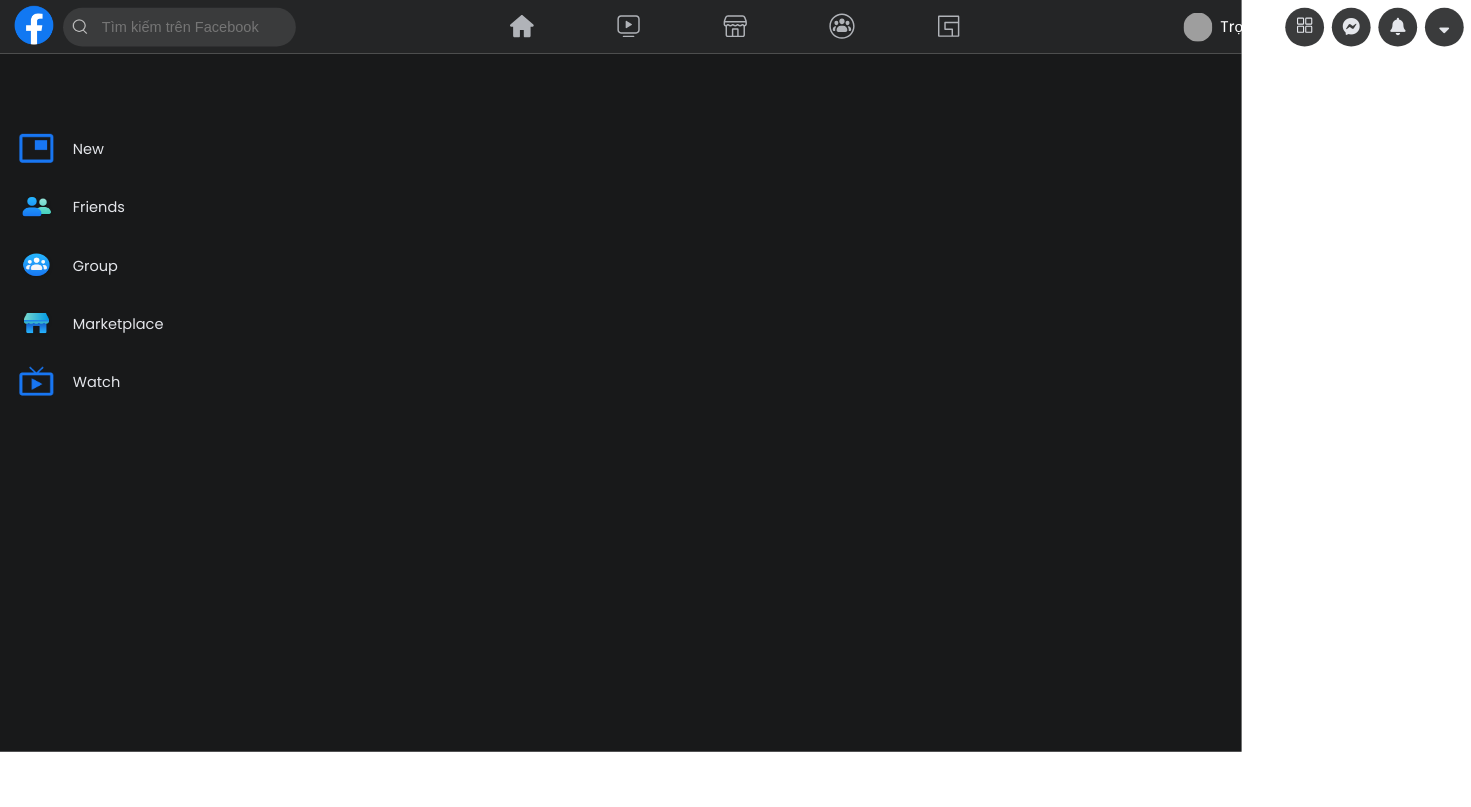
Repository: vanntrong/facebook-clone
Page: index.html
The author's editor kept a copy of each file at every save. The page is drawn from the files as they stood at one save, then again after the next save.
The browser window is 1280 px wide. The page is 1517 px wide, so the pictures cover 1517 px, including what lies to the right of the window. The pictures show the whole page, at 97% of full size.
Pictures or frames that could not be fetched are drawn as grey boxes.

Above is the page before, as saved 2021-09-08 18:29:02.

### index.html
<!DOCTYPE html>
<html lang="en">
  <head>
    <meta charset="UTF-8" />
    <meta http-equiv="X-UA-Compatible" content="IE=edge" />
    <meta name="viewport" content="width=device-width, initial-scale=1.0" />
    <title>Facebook</title>
    <link rel="stylesheet" href="./assets/css/reset.css" />
    <link rel="stylesheet" href="./assets/css/base.css" />
    <link rel="stylesheet" href="./assets/css/style.css" />
    <link rel="stylesheet" href="./assets/fonts/fontawesome-free-5.15.4-web/css/all.css" />
    <script type="module" src="https://unpkg.com/ionicons@5.5.2/dist/ionicons/ionicons.esm.js"></script>
    <script nomodule src="https://unpkg.com/ionicons@5.5.2/dist/ionicons/ionicons.js"></script>
    <style>
      @import url("https://fonts.googleapis.com/css2?family=Poppins:wght@300;400;500;600;700&display=swap");
    </style>
  </head>
  <body>
    <!-- header -->
    <header class="header">
      <div class="header__nav-left">
        <div class="header__logo">
          <a href="" class="header__logo-link">
            <img src="./assets/images/logo.png" alt="Logo Facebook" class="header__logo-img" />
          </a>
        </div>
        <div class="header__search">
          <img src="./assets/images/search.png" class="header__search-img" />
          <input type="text" class="header__search-input" placeholder="Tìm kiếm trên Facebook" />
        </div>
      </div>

      <div class="header__nav-center">
        <ul class="header__nav-list">
          <li class="header__nav-item">
            <div class="header-item-link">
              <a href="#" class="header-item-icon">
                <svg viewBox="0 0 28 28" class="a8c37x1j ms05siws hwsy1cff b7h9ocf4 aaxa7vy3" height="28" width="28">
                  <path
                    d="M25.825 12.29C25.824 12.289 25.823 12.288 25.821 12.286L15.027 2.937C14.752 2.675 14.392 2.527 13.989 2.521 13.608 2.527 13.248 2.675 13.001 2.912L2.175 12.29C1.756 12.658 1.629 13.245 1.868 13.759 2.079 14.215 2.567 14.479 3.069 14.479L5 14.479 5 23.729C5 24.695 5.784 25.479 6.75 25.479L11 25.479C11.552 25.479 12 25.031 12 24.479L12 18.309C12 18.126 12.148 17.979 12.33 17.979L15.67 17.979C15.852 17.979 16 18.126 16 18.309L16 24.479C16 25.031 16.448 25.479 17 25.479L21.25 25.479C22.217 25.479 23 24.695 23 23.729L23 14.479 24.931 14.479C25.433 14.479 25.921 14.215 26.132 13.759 26.371 13.245 26.244 12.658 25.825 12.29"
                  ></path>
                </svg>
              </a>
            </div>
          </li>
          <li class="header__nav-item">
            <div class="header-item-link">
              <a href="#" class="header-item-icon">
                <svg viewBox="0 0 28 28" class="a8c37x1j ms05siws hwsy1cff b7h9ocf4 em6zcovv" height="28" width="28">
                  <path
                    d="M8.75 25.25C8.336 25.25 8 24.914 8 24.5 8 24.086 8.336 23.75 8.75 23.75L19.25 23.75C19.664 23.75 20 24.086 20 24.5 20 24.914 19.664 25.25 19.25 25.25L8.75 25.25ZM17.163 12.846 12.055 15.923C11.591 16.202 11 15.869 11 15.327L11 9.172C11 8.631 11.591 8.297 12.055 8.576L17.163 11.654C17.612 11.924 17.612 12.575 17.163 12.846ZM21.75 20.25C22.992 20.25 24 19.242 24 18L24 6.5C24 5.258 22.992 4.25 21.75 4.25L6.25 4.25C5.008 4.25 4 5.258 4 6.5L4 18C4 19.242 5.008 20.25 6.25 20.25L21.75 20.25ZM21.75 21.75 6.25 21.75C4.179 21.75 2.5 20.071 2.5 18L2.5 6.5C2.5 4.429 4.179 2.75 6.25 2.75L21.75 2.75C23.821 2.75 25.5 4.429 25.5 6.5L25.5 18C25.5 20.071 23.821 21.75 21.75 21.75Z"
                  ></path>
                </svg>
              </a>
            </div>
          </li>
          <li class="header__nav-item">
            <div class="header-item-link">
              <a href="#" class="header-item-icon">
                <svg viewBox="0 0 28 28" class="a8c37x1j ms05siws hwsy1cff b7h9ocf4 em6zcovv" height="28" width="28">
                  <path
                    d="M17.5 23.75 21.75 23.75C22.164 23.75 22.5 23.414 22.5 23L22.5 14 22.531 14C22.364 13.917 22.206 13.815 22.061 13.694L21.66 13.359C21.567 13.283 21.433 13.283 21.34 13.36L21.176 13.497C20.591 13.983 19.855 14.25 19.095 14.25L18.869 14.25C18.114 14.25 17.382 13.987 16.8 13.506L16.616 13.354C16.523 13.278 16.39 13.278 16.298 13.354L16.113 13.507C15.53 13.987 14.798 14.25 14.044 14.25L13.907 14.25C13.162 14.25 12.439 13.994 11.861 13.525L11.645 13.35C11.552 13.275 11.419 13.276 11.328 13.352L11.155 13.497C10.57 13.984 9.834 14.25 9.074 14.25L8.896 14.25C8.143 14.25 7.414 13.989 6.832 13.511L6.638 13.351C6.545 13.275 6.413 13.275 6.32 13.351L5.849 13.739C5.726 13.84 5.592 13.928 5.452 14L5.5 14 5.5 23C5.5 23.414 5.836 23.75 6.25 23.75L10.5 23.75 10.5 17.5C10.5 16.81 11.06 16.25 11.75 16.25L16.25 16.25C16.94 16.25 17.5 16.81 17.5 17.5L17.5 23.75ZM3.673 8.75 24.327 8.75C24.3 8.66 24.271 8.571 24.238 8.483L23.087 5.355C22.823 4.688 22.178 4.25 21.461 4.25L6.54 4.25C5.822 4.25 5.177 4.688 4.919 5.338L3.762 8.483C3.729 8.571 3.7 8.66 3.673 8.75ZM24.5 10.25 3.5 10.25 3.5 12C3.5 12.414 3.836 12.75 4.25 12.75L4.421 12.75C4.595 12.75 4.763 12.69 4.897 12.58L5.368 12.193C6.013 11.662 6.945 11.662 7.59 12.193L7.784 12.352C8.097 12.609 8.49 12.75 8.896 12.75L9.074 12.75C9.483 12.75 9.88 12.607 10.194 12.345L10.368 12.2C11.01 11.665 11.941 11.659 12.589 12.185L12.805 12.359C13.117 12.612 13.506 12.75 13.907 12.75L14.044 12.75C14.45 12.75 14.844 12.608 15.158 12.35L15.343 12.197C15.989 11.663 16.924 11.663 17.571 12.197L17.755 12.35C18.068 12.608 18.462 12.75 18.869 12.75L19.095 12.75C19.504 12.75 19.901 12.606 20.216 12.344L20.38 12.208C21.028 11.666 21.972 11.666 22.62 12.207L23.022 12.542C23.183 12.676 23.387 12.75 23.598 12.75 24.097 12.75 24.5 12.347 24.5 11.85L24.5 10.25ZM24 14.217 24 23C24 24.243 22.993 25.25 21.75 25.25L6.25 25.25C5.007 25.25 4 24.243 4 23L4 14.236C2.875 14.112 2 13.158 2 12L2 9.951C2 9.272 2.12 8.6 2.354 7.964L3.518 4.802C4.01 3.563 5.207 2.75 6.54 2.75L21.461 2.75C22.793 2.75 23.99 3.563 24.488 4.819L25.646 7.964C25.88 8.6 26 9.272 26 9.951L26 11.85C26 13.039 25.135 14.026 24 14.217ZM16 23.75 16 17.75 12 17.75 12 23.75 16 23.75Z"
                  ></path>
                </svg>
              </a>
            </div>
          </li>
          <li class="header__nav-item">
            <div class="header-item-link">
              <a href="#" class="header-item-icon">
                <svg viewBox="0 0 28 28" class="a8c37x1j ms05siws hwsy1cff b7h9ocf4 em6zcovv" height="28" width="28">
                  <path
                    d="M25.5 14C25.5 7.649 20.351 2.5 14 2.5 7.649 2.5 2.5 7.649 2.5 14 2.5 20.351 7.649 25.5 14 25.5 20.351 25.5 25.5 20.351 25.5 14ZM27 14C27 21.18 21.18 27 14 27 6.82 27 1 21.18 1 14 1 6.82 6.82 1 14 1 21.18 1 27 6.82 27 14ZM7.479 14 7.631 14C7.933 14 8.102 14.338 7.934 14.591 7.334 15.491 6.983 16.568 6.983 17.724L6.983 18.221C6.983 18.342 6.99 18.461 7.004 18.578 7.03 18.802 6.862 19 6.637 19L6.123 19C5.228 19 4.5 18.25 4.5 17.327 4.5 15.492 5.727 14 7.479 14ZM20.521 14C22.274 14 23.5 15.492 23.5 17.327 23.5 18.25 22.772 19 21.878 19L21.364 19C21.139 19 20.97 18.802 20.997 18.578 21.01 18.461 21.017 18.342 21.017 18.221L21.017 17.724C21.017 16.568 20.667 15.491 20.067 14.591 19.899 14.338 20.067 14 20.369 14L20.521 14ZM8.25 13C7.147 13 6.25 11.991 6.25 10.75 6.25 9.384 7.035 8.5 8.25 8.5 9.465 8.5 10.25 9.384 10.25 10.75 10.25 11.991 9.353 13 8.25 13ZM19.75 13C18.647 13 17.75 11.991 17.75 10.75 17.75 9.384 18.535 8.5 19.75 8.5 20.965 8.5 21.75 9.384 21.75 10.75 21.75 11.991 20.853 13 19.75 13ZM15.172 13.5C17.558 13.5 19.5 15.395 19.5 17.724L19.5 18.221C19.5 19.202 18.683 20 17.677 20L10.323 20C9.317 20 8.5 19.202 8.5 18.221L8.5 17.724C8.5 15.395 10.441 13.5 12.828 13.5L15.172 13.5ZM16.75 9C16.75 10.655 15.517 12 14 12 12.484 12 11.25 10.655 11.25 9 11.25 7.15 12.304 6 14 6 15.697 6 16.75 7.15 16.75 9Z"
                  ></path>
                </svg>
              </a>
            </div>
          </li>
          <li class="header__nav-item">
            <div class="header-item-link">
              <a href="#" class="header-item-icon">
                <svg viewBox="0 0 28 28" class="a8c37x1j ms05siws hwsy1cff b7h9ocf4 em6zcovv" height="28" width="28">
                  <path
                    d="M23.5 9.5H10.25a.75.75 0 00-.75.75v7c0 .414.336.75.75.75H17v5.5H4.5v-19h19v5zm0 14h-5v-6.25a.75.75 0 00-.75-.75H11V11h12.5v12.5zm1.5.25V4.25C25 3.561 24.439 3 23.75 3H4.25C3.561 3 3 3.561 3 4.25v19.5c0 .689.561 1.25 1.25 1.25h19.5c.689 0 1.25-.561 1.25-1.25z"
                  ></path>
                </svg>
              </a>
            </div>
          </li>
        </ul>
      </div>

      <div class="header__nav-right">
        <div class="header__nav-user">
          <img
            src="https://scontent.fsgn8-1.fna.fbcdn.net/v/t1.6435-1/p240x240/210197760_1699894010195731_8413836282276662202_n.jpg?_nc_cat=108&ccb=1-5&_nc_sid=7206a8&_nc_ohc=VyKzTsO_4DMAX9YWiV5&tn=ZfnwPn3exKDbVvbU&_nc_ht=scontent.fsgn8-1.fna&oh=88a15a829e8b30a39c7311926931e93a&oe=615D2151"
            class="header__nav-user-img"
          />
          <span class="header__nav-user-name">Trọng</span>
        </div>
        <div class="header__nav-menu">
          <ul class="header-menu-list">
            <li class="header-menu-item">
              <div class="header-menu-link">
                <a href="#" class="header-menu-icon">
                  <ion-icon name="grid-outline"></ion-icon>
                </a>
              </div>
            </li>
            <li class="header-menu-item">
              <div class="header-menu-link">
                <a href="#" class="header-menu-icon">
                  <i class="fab fa-facebook-messenger"></i>
                </a>
              </div>
            </li>
            <li class="header-menu-item">
              <div class="header-menu-link">
                <a href="#" class="header-menu-icon">
                  <i class="fas fa-bell"></i>
                </a>
              </div>
            </li>
            <li class="header-menu-item">
              <div class="header-menu-link">
                <a href="#" class="header-menu-icon">
                  <i class="fas fa-sort-down"></i>
                </a>
              </div>
            </li>
          </ul>
        </div>
      </div>
    </header>

    <!-- container -->
    <div class="app__container">
      <!-- left-sidebar -->
      <div class="left-sidebar">
        <div class="imp-links">
          <a href="#"><img src="./assets/images/news.png" />New</a>
          <a href="#"><img src="./assets/images/friends.png" />Friends</a>
          <a href="#"><img src="./assets/images/group.png" />Group</a>
          <a href="#"><img src="./assets/images/marketplace.png" />Marketplace</a>
          <a href="#"><img src="./assets/images/watch.png" />Watch</a>
        </div>
      </div>
      <div class="main-content"></div>
      <div class="right-sidebar"></div>
    </div>

    <footer class="footer"></footer>
  </body>
</html>

### assets/css/base.css
:root {
  --primary-color: #242526;
}

html {
  font-family: "Poppins", sans-serif;
}

* {
  box-sizing: border-box;
}

### assets/css/style.css
.header {
  display: flex;
  align-items: center;
  height: 55px;
  background-color: var(--primary-color);
}

.header__nav-left {
  display: flex;
  align-items: center;
  height: 100%;
}

.header__logo {
  margin-left: 15px;
  margin-right: 10px;
}

.header__logo-link {
  text-decoration: none;
  color: transparent;
}

.header__logo-img {
  width: 40px;
  height: 40px;
}

.header__search {
  background-color: #3a3b3c;
  width: 240px;
  height: 40px;
  border-radius: 20px;
  display: flex;
  align-items: center;
  color: #9ea1a6;
}
.header__search-img {
  width: 15px;
  margin: 10px;
}
.header__search-input {
  width: 100%;
  color: #fff;
  font-weight: 300;
  font-size: 15px;
  background-color: transparent;
  outline: none;
  padding: 0 5px;
  border: 0;
}

.header__nav-center {
  width: 545px;
  height: 100%;
  margin: 0 160px;
}

.header__nav-list {
  display: flex;
  align-items: center;
  list-style: none;
  height: 100%;
}

.header__nav-item {
  width: 110px;
  height: 100%;
  padding: 0 20px;
}

.header-item-link {
  width: 105px;
  height: 53px;
  align-items: center;
  justify-content: center;
  transition: height linear 0.1s;
}

.header-item-link:hover {
  background-color: #4d4c4c;
  border-radius: 10px;
}

.header-item-icon {
  color: #fff;
  fill: #b0b3b8;
  width: 100%;
  height: 100%;
  display: flex;
  align-items: center;
  justify-content: center;
}

.header__nav-right {
  display: flex;
  align-items: center;
  flex: 1;
  height: 100%;
  margin-left: 50px;
}

.header__nav-user {
  display: flex;
  align-items: center;
  margin-right: 20px;
  width: 85px;
  height: 40px;
}

.header__nav-user:hover {
  background-color: #3a3b3c;
  border-radius: 20px;
}

.header__nav-user-img {
  width: 30px;
  height: 30px;
  border-radius: 50%;
}

.header__nav-user-name {
  color: #fff;
  font-size: 16px;
  padding-left: 8px;
  cursor: pointer;
}

.header__nav-menu {
}

.header-menu-list {
  display: flex;
  align-items: center;
  justify-content: space-between;
}

.header-menu-link {
  display: flex;
  align-items: center;
  justify-content: center;
  font-size: 18px;
  margin: 0 8px 0 0;
  background-color: #3a3b3c;
  width: 40px;
  height: 40px;
  border-radius: 50%;
}

.header-menu-link:hover {
  background-color: #595b5c;
}

.header-menu-icon {
  color: #e4e6eb;
  display: block;
}

/* container */
.app__container {
  display: flex;
  justify-content: space-between;
  padding: 13px 0;
  background-color: #18191a;
  height: 100vh;
}

.left-sidebar {
  flex-basis: 25%;
  position: relative;
  top: 70px;
}

.imp-links {
  display: flex;
  flex-direction: column;
}

.imp-links a {
  font-size: 15px;
  color: #e4e6eb;
  text-decoration: none;
  margin-bottom: 30px;
  display: flex;
  align-items: center;
}

.imp-links a img {
  width: 35px;
  height: 30px;
  margin: 0 20px;
}

.main-content {
  flex-basis: 47%;
}

.right-sidebar {
  flex-basis: 25%;
}

Loaded but not shown: assets/css/reset.css (common file); assets/fonts/fontawesome-free-5.15.4-web/css/all.css (library)

After the next save:
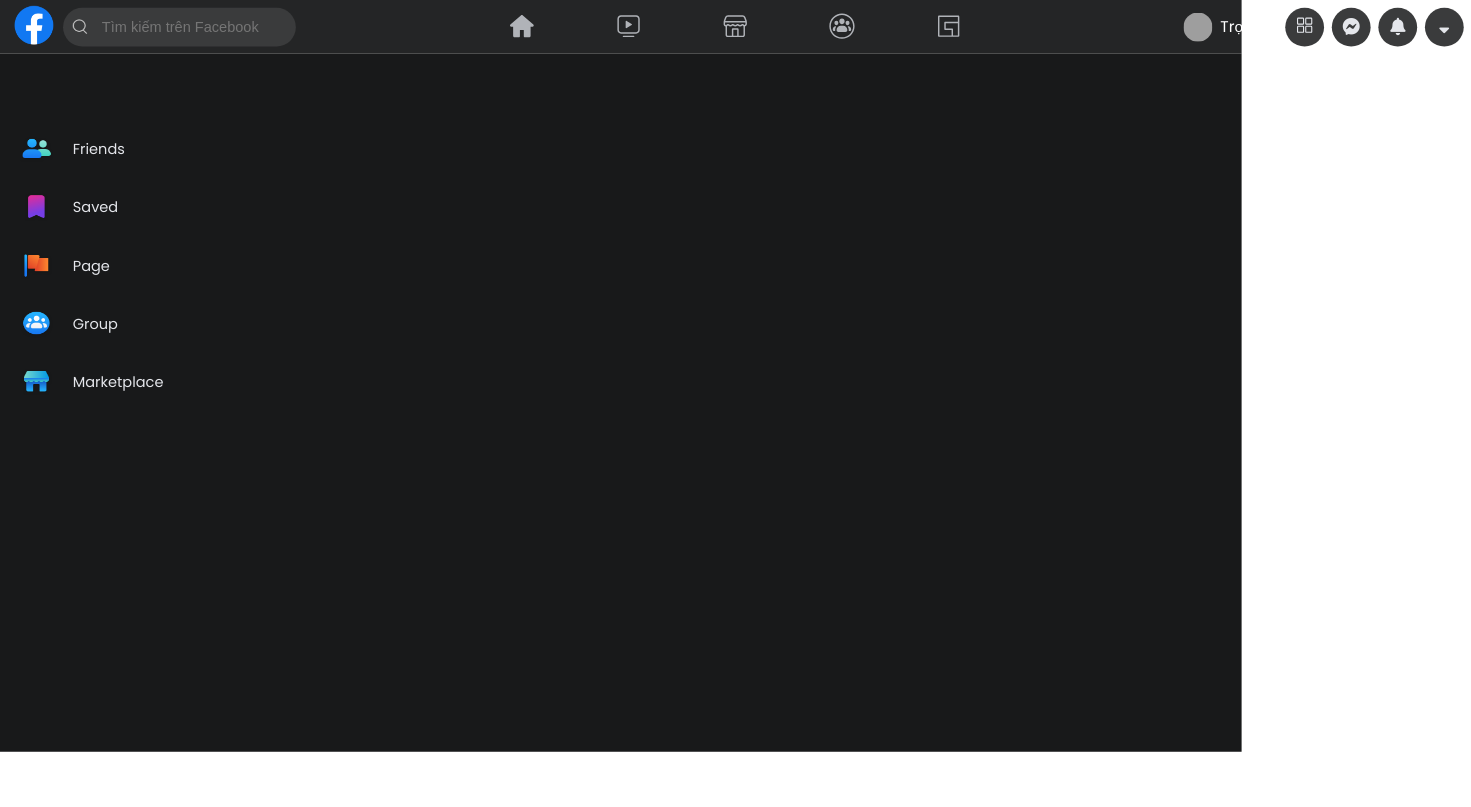
Saved 3 min 2 s later.
--- a/index.html
+++ b/index.html
@@ -138,11 +138,11 @@
       <!-- left-sidebar -->
       <div class="left-sidebar">
         <div class="imp-links">
-          <a href="#"><img src="./assets/images/news.png" />New</a>
           <a href="#"><img src="./assets/images/friends.png" />Friends</a>
+          <a href="#"><img src="./assets/images/saved.png" />Saved</a>
+          <a href="#"><img src="./assets/images/pages.png" />Page</a>
           <a href="#"><img src="./assets/images/group.png" />Group</a>
           <a href="#"><img src="./assets/images/marketplace.png" />Marketplace</a>
-          <a href="#"><img src="./assets/images/watch.png" />Watch</a>
         </div>
       </div>
       <div class="main-content"></div>
